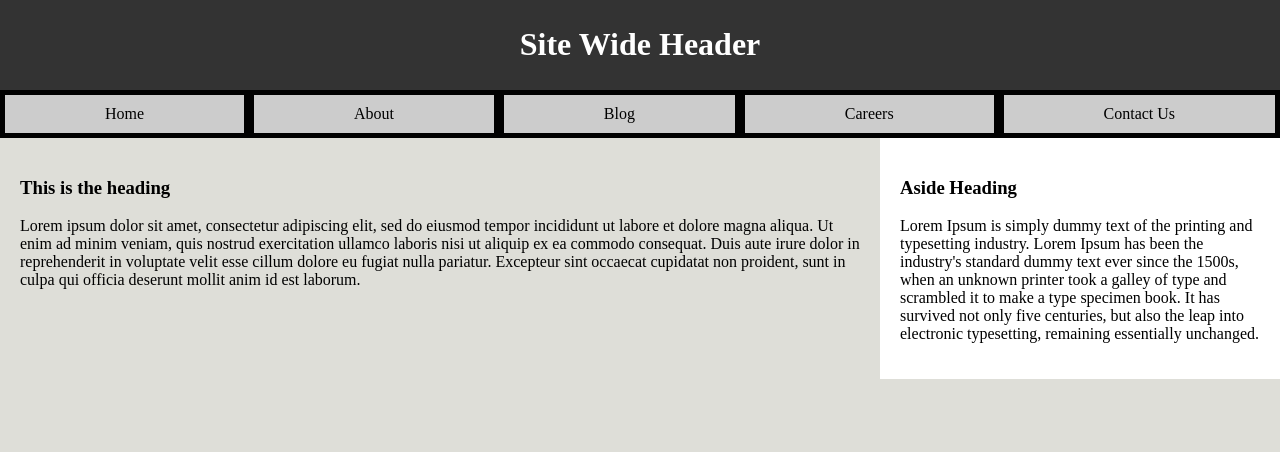
Repository: ayeza-baseer/AssignmentFlexbox
Page: assignment.html
The author's editor kept a copy of each file at every save. The page is drawn from the files as they stood at one save, then again after the next save.
The browser window is 1280 px wide. The pictures show the whole page.

Above is the page before, as saved 2023-03-17 14:27:56.

After the next save:
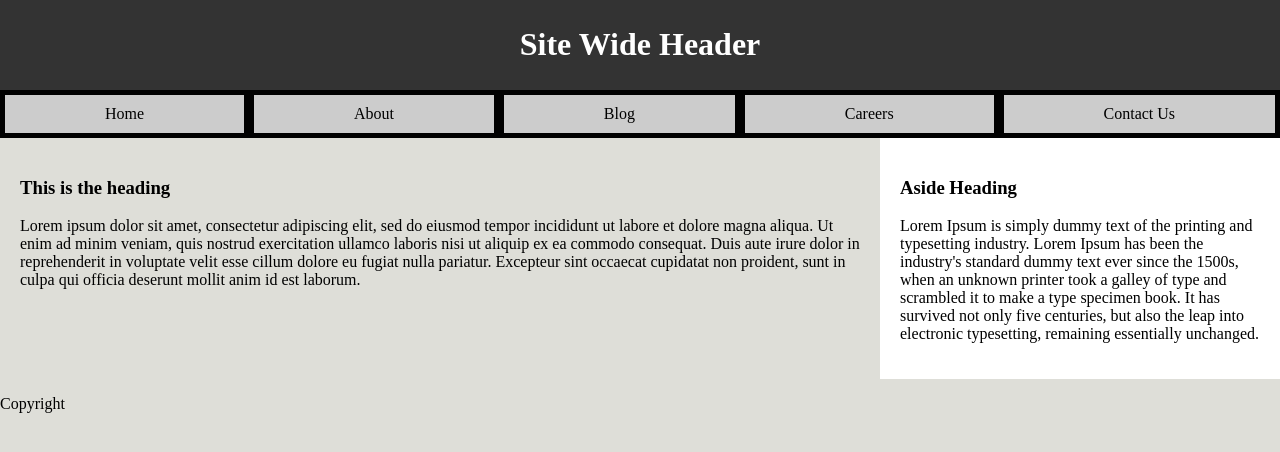
Saved 53 s later.
--- a/assignment.html
+++ b/assignment.html
@@ -31,7 +31,7 @@
 </div>
 
 <footer>
-
+    <p>Copyright</p>
 </footer>
 
 </body>
